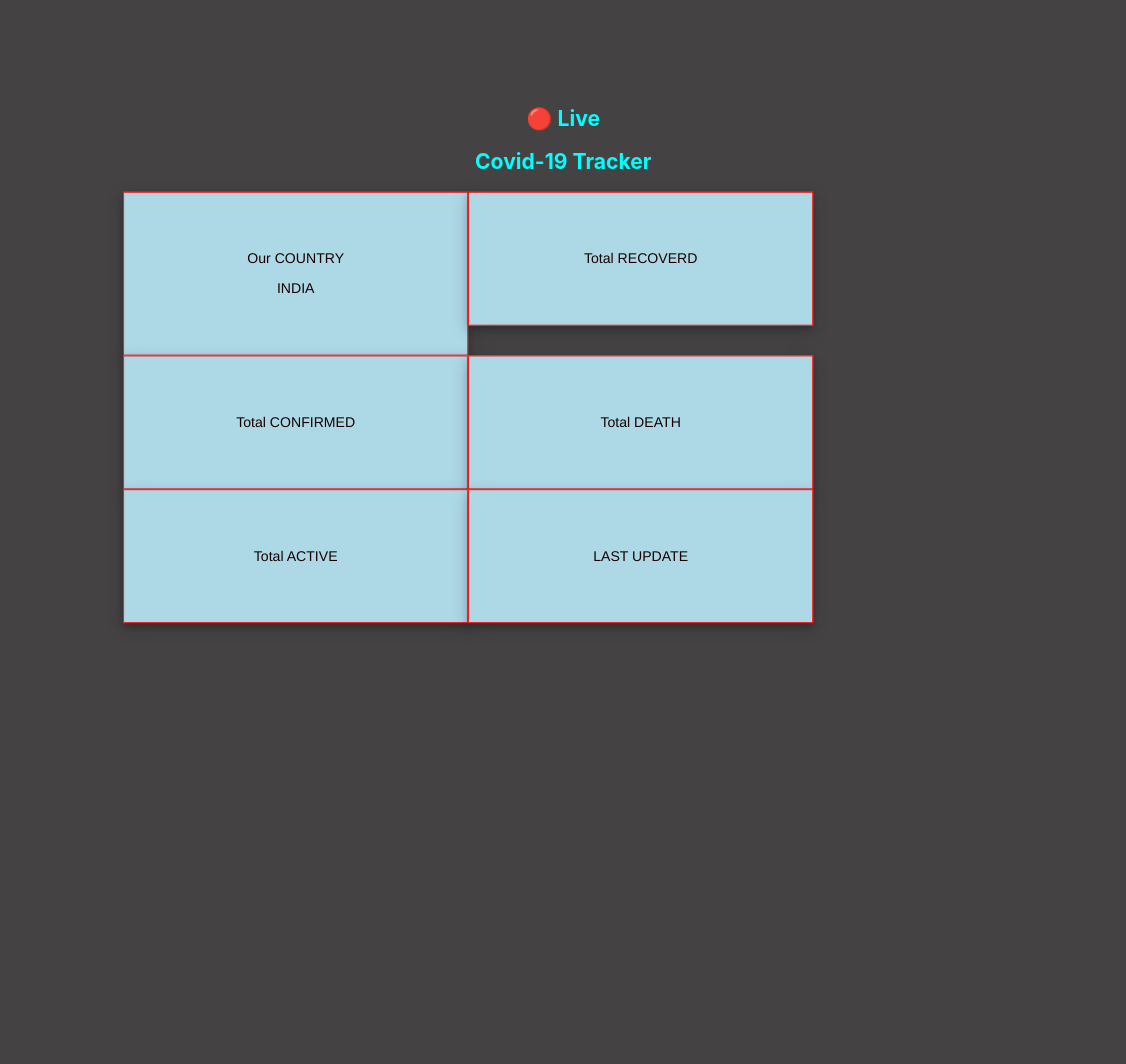
Repository: Aniketlamage/covid19-dashboard
Page: /
An editor plug-in stored every save of this project. The page is shown before and after the next save, followed by the edit.
The browser window is 1280 px wide. The pictures show the whole page, at 88% of full size.
The page's requests for data from a server got no answer. The project was rebuilt for these pictures with package versions that can differ from the ones it lists, and the page was loaded fresh each time. No one was signed in, and anything a server would have sent is missing.

Above is the page before, as saved 2021-09-30 17:02:14.

### src/App.js
import React from 'react'
import Covid from './components/covid';
const App = () => {
return(
<>
<Covid />
</>
)
}

export default App;

### src/components/covid.js
import React, { useEffect, useState } from 'react'
import "./covid.css"

const Covid = () => {
    const [data, setData] =  useState([]);
    const getCovidData = async () =>{
        try{
            const res = await fetch('https://data.covid19india.org/data.json')
            const actualData = await res.json();
            console.log(actualData.statewise[0]);
            setData(actualData.statewise[0]);
           }
        catch(err){console.log(err);}
    }

    useEffect(() => {
        getCovidData ();
    }, []);
return(

<>
<section>

    <h1>🔴 Live </h1>
    <h2>Covid-19 Tracker</h2>

<ul>
    <li className = "card">
        <div className ="card__main">
            <div className ="card__inner">
                <p className="card__name"><span> Our </span> COUNTRY </p>
                <p classname="card__total card__small">INDIA</p>
            </div>
        </div>
    </li>
    <li className = "card">
        <div className ="card__main">
            <div className ="card__inner">
                <p className="card__name"><span> Total </span> RECOVERD </p>
                <p classname="card__total card__small">{data.recovered}</p>
            </div>
        </div>
    </li><li className = "card">
        <div className ="card__main">
            <div className ="card__inner">
                <p className="card__name"><span> Total </span> CONFIRMED </p>
                <p classname="card__total card__small">{data.confirmed}</p>
            </div>
        </div>
    </li><li className = "card">
        <div className ="card__main">
            <div className ="card__inner">
                <p className="card__name"><span> Total </span> DEATH </p>
                <p classname="card__total card__small">{data.deaths}</p>
            </div>
        </div>
    </li><li className = "card">
        <div className ="card__main">
            <div className ="card__inner">
                <p className="card__name"><span> Total </span> ACTIVE </p>
                <p classname="card__total card__small">{data.active}</p>
            </div>
        </div>
    </li><li className = "card">
        <div className ="card__main">
            <div className ="card__inner">
                <p className="card__name"><span> LAST </span> UPDATE </p>
                <p classname="card__total card__small">{ data.lastupdatedtime}</p>
            </div>
        </div>
    </li>
</ul>
</section>
</>

)

}
export default Covid;

### src/components/covid.css

/*  Basic Styling */
.main,body {
    background-color: rgb(68, 66, 66);
    padding: 100px;
    text-align: center;
    min-height: 100ch;
    align-items: center;

}

h1,h2{

    color: aqua;
}

p {
    color: rgb(22, 2, 2);
    font-family: 'Franklin Gothic Medium', 'Arial Narrow', Arial, sans-serif;
}

ul{
    list-style-type:none;
    display: flex;
    flex-wrap: wrap;
}
div.card__main {
    background-color: lightblue;
    width: 290px;
    padding: 50px;
    border: 1px solid red;
    margin: 0;
    align-items: center;
    box-shadow: 0 4px 8px 0 rgba(0, 0, 0, 0.2), 0 6px 20px 0 rgba(0, 0, 0, 0.19);
  }
.card_main {
    height: 150px;
    width: 400px;
    margin: 25px;
    align-items: center;
    background-color: lightblue;
}

.card_name{
    font-size: 25px;
    font-weight: bold;
}

.card_name span {
    font-size: 15px;
}

.card_total {
    font-size: 20px;
    font-weight: bold;

}
.card__small {
    font-size: 80px;
}
@media (max-width: 500px)
{
    .card_total{font-size: 70px;}
}
@media (max-width: 500px)
{
    .card{
        width: 100%;
        height: 290px;
        margin-right: 0;
        float: none;
    }
    .card .card__inner,
    .card .card__back{
        height: 290px;
    }
}

.card {
    transition: transform .3s;
  }

  .card :hover {
    transition: transform .3s;
    -ms-transform: scale(1.2);
    -webkit-transform: scale(1.2);
    transform: scale(1.2);
  }


  #div.card_main {
    width: 300px;
    height: 200px;
    border: 15px solid coral;
    animation: mymove 5s infinite;
  }

  @keyframes mymove {
    50% {border-color: lightblue;}
  }

Loaded but not shown: public/index.html (common file); src/index.js (common file); src/index.css (common file); src/reportWebVitals.js (common file)

After the next save:
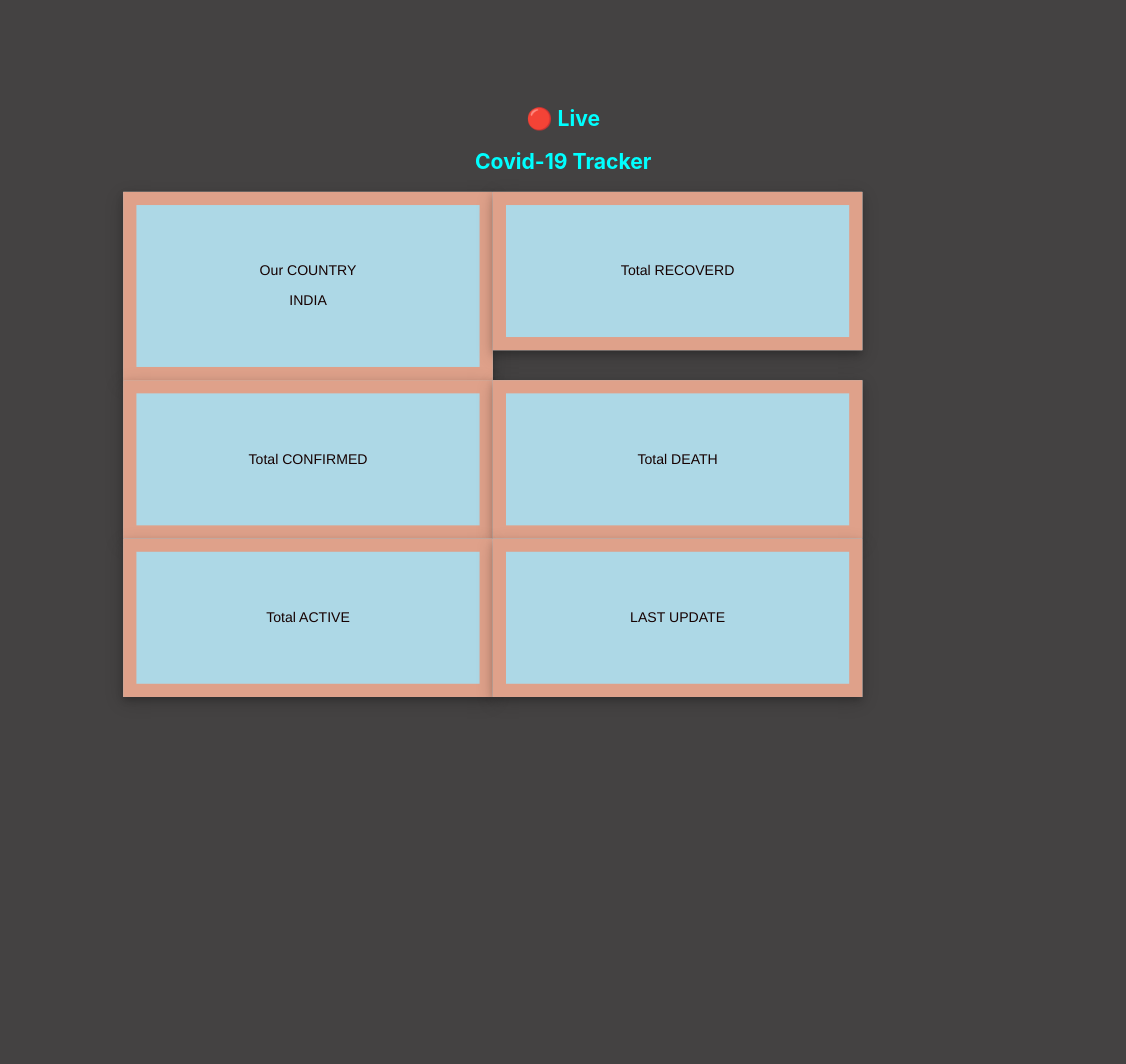
Saved 43 s later.
--- a/src/components/covid.css
+++ b/src/components/covid.css
@@ -32,6 +32,8 @@ div.card__main {
     margin: 0;
     align-items: center;
     box-shadow: 0 4px 8px 0 rgba(0, 0, 0, 0.2), 0 6px 20px 0 rgba(0, 0, 0, 0.19);
+    border: 15px solid coral;
+    animation: mymove 5s infinite;
   }
 .card_main {
     height: 150px;
@@ -91,8 +93,7 @@ div.card__main {
   #div.card_main {
     width: 300px;
     height: 200px;
-    border: 15px solid coral;
-    animation: mymove 5s infinite;
+
   }
 
   @keyframes mymove {
